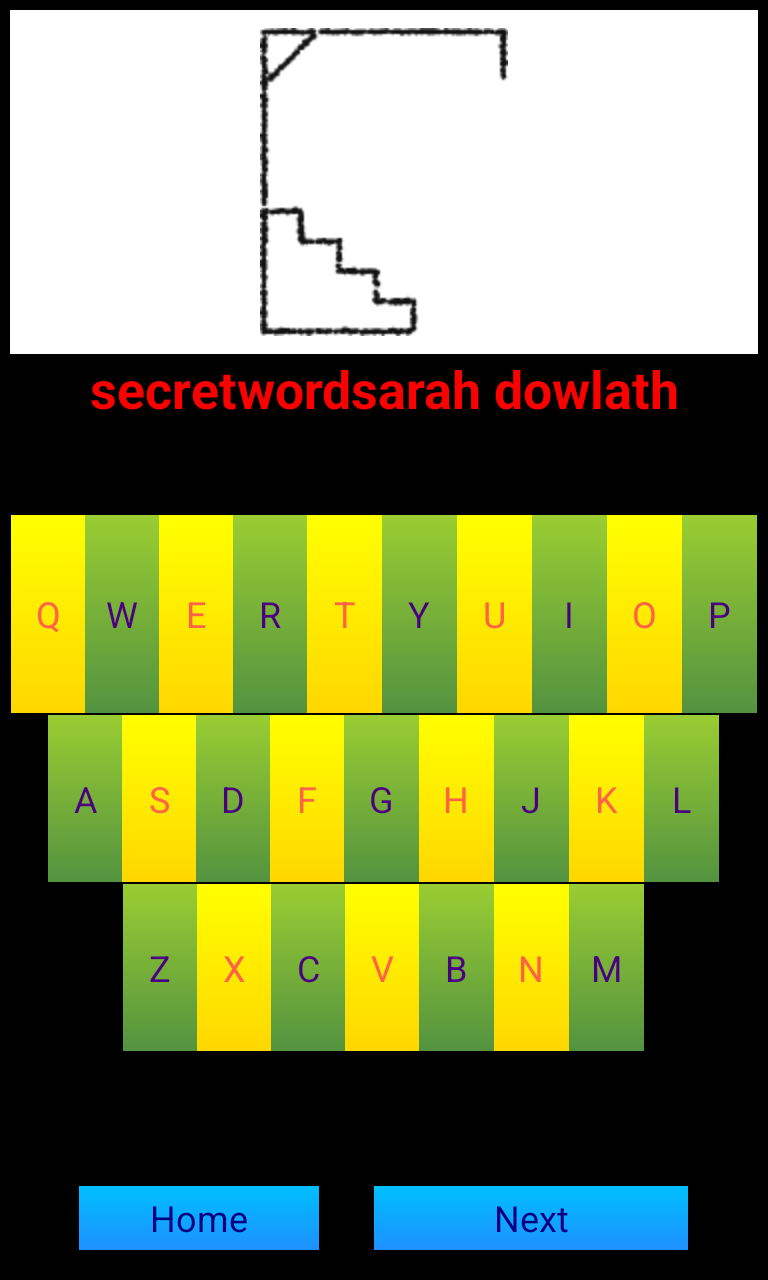
Repository: SarahDowlath/TriniHangman
Layout: workspace3/Trini-Hangman/res/layout/game.xml
The author's editor kept a copy of each file at every save. The layout is drawn from the files as they stood at one save, then again after the next save.
It is drawn on a 768 x 1280 px phone screen (xhdpi) without system bars, with theme AppTheme; the app's code is not run.

Above is the layout before, as saved 2014-07-07 13:46:12.

### workspace3/Trini-Hangman/res/layout/game.xml
<LinearLayout xmlns:android="http://schemas.android.com/apk/res/android"
    xmlns:tools="http://schemas.android.com/tools"
    android:id="@+id/LinearLayoutFinal"
    android:layout_width="fill_parent"
    android:layout_height="wrap_content"
    android:layout_gravity="bottom"
    android:layout_marginBottom="0dp"
    android:background="#FF000000"
    android:gravity="center"
    android:orientation="vertical"
    android:padding="5dp"
    android:paddingBottom="@dimen/activity_vertical_margin"
    android:paddingLeft="@dimen/activity_horizontal_margin"
    android:paddingRight="@dimen/activity_horizontal_margin"
    android:paddingTop="@dimen/activity_vertical_margin" >

    <RelativeLayout
        android:id="@+id/hangmanGallows"
        android:layout_width="match_parent"
        android:layout_height="172dp"
        android:background="#FFFFFF"
        android:gravity="center"
        android:visibility="visible" >

        <ImageView
            android:id="@+id/imageView2"
            android:layout_width="wrap_content"
            android:layout_height="wrap_content"
            android:contentDescription="@string/gallows"
            android:paddingLeft="0dp"
            android:paddingTop="0dp"
            android:src="@drawable/android_hangman_gallows" />

        <!-- <ImageView
            android:id="@+id/body"
            android:layout_width="wrap_content"
            android:layout_height="wrap_content"
            android:contentDescription="@string/body"
            android:paddingLeft="120dp"
            android:paddingTop="53dp"
            android:src="@drawable/android_hangman_body" />

        <ImageView
            android:id="@+id/arm1"
            android:layout_width="wrap_content"
            android:layout_height="wrap_content"
            android:contentDescription="@string/arm"
            android:paddingLeft="100dp"
            android:paddingTop="60dp"
            android:src="@drawable/android_hangman_arm1" />

        <ImageView
            android:id="@+id/arm2"
            android:layout_width="wrap_content"
            android:layout_height="wrap_content"
            android:contentDescription="@string/arm"
            android:paddingLeft="120dp"
            android:paddingTop="60dp"
            android:src="@drawable/android_hangman_arm2" />

        <ImageView
            android:id="@+id/leg1"
            android:layout_width="wrap_content"
            android:layout_height="wrap_content"
            android:contentDescription="@string/leg"
            android:paddingLeft="101dp"
            android:paddingTop="90dp"
            android:src="@drawable/android_hangman_leg1" />

        <ImageView
            android:id="@+id/leg2"
            android:layout_width="wrap_content"
            android:layout_height="wrap_content"
            android:contentDescription="@string/leg"
            android:paddingLeft="121dp"
            android:paddingTop="90dp"
            android:src="@drawable/android_hangman_leg2" />

        <ImageView
            android:id="@+id/head"
            android:layout_width="wrap_content"
            android:layout_height="wrap_content"
            android:layout_alignLeft="@+id/imageView2"
            android:layout_alignTop="@+id/imageView2"
            android:layout_weight="1"
            android:contentDescription="@string/head"
            android:paddingLeft="108dp"
            android:paddingTop="23dp"
            android:src="@drawable/android_hangman_head" />
 -->
    </RelativeLayout>

    <LinearLayout
        android:id="@+id/secretWord"
        android:layout_width="400sp"
        android:layout_height="80sp" >

        <TextView
            android:id="@+id/textFill"
            android:layout_width="fill_parent"
            android:layout_height="wrap_content"
            android:gravity="center"
            android:text="secretwordsarah dowlath"
            android:textColor="#FC0000"
            android:textSize="26sp"
            android:textStyle="bold" />
    </LinearLayout>

         <LinearLayout
             android:id="@+id/letterLayout1"
             android:layout_width="match_parent"
             android:layout_height="wrap_content"
             android:layout_weight="1.45"
             android:gravity="center_horizontal"
             android:orientation="horizontal"
             android:padding="0.5dp"
             android:textSize="22sp"
             android:weightSum="10" >

        <Button
            android:id="@+id/buttonQ"
            android:layout_width="0dp"
            android:layout_height="fill_parent"
            android:layout_weight="1"
            android:background="@drawable/buttonletterstyle"
            android:onClick="clickLetter"
            android:text="@string/button_letter_q"
            android:textColor="@drawable/lettercolor" />


         <Button
            android:id="@+id/buttonW"
            android:layout_weight="1"
            android:layout_height="fill_parent"
            android:layout_width="0dp"
            android:onClick="clickLetter"
            android:text="@string/button_letter_w"
            android:background="@drawable/buttonletterstyle1"
            android:textColor = "@drawable/lettercolor1"
         />


         <Button
            android:id="@+id/buttonE"
            android:layout_weight="1"
            android:layout_height="fill_parent"
            android:layout_width="0dp"
            android:onClick="clickLetter"
            android:text="@string/button_letter_e"
            android:background="@drawable/buttonletterstyle"
            android:textColor = "@drawable/lettercolor"
         />

         <Button
            android:id="@+id/buttonR"
            android:layout_weight="1"
            android:layout_height="fill_parent"
            android:layout_width="0dp"
            android:onClick="clickLetter"
            android:text="@string/button_letter_r"
            android:background="@drawable/buttonletterstyle1"
            android:textColor = "@drawable/lettercolor1"
         />

         <Button
            android:id="@+id/buttonT"
            android:layout_weight="1"
            android:layout_height="fill_parent"
            android:layout_width="0dp"
            android:onClick="clickLetter"
            android:text="@string/button_letter_t"
            android:background="@drawable/buttonletterstyle"
            android:textColor = "@drawable/lettercolor"
         />

         <Button
            android:id="@+id/buttonY"
            android:layout_weight="1"
            android:layout_height="fill_parent"
            android:layout_width="0dp"
            android:onClick="clickLetter"
            android:text="@string/button_letter_y"
            android:background="@drawable/buttonletterstyle1"
            android:textColor = "@drawable/lettercolor1"
         />

         <Button
            android:id="@+id/buttonU"
            android:layout_weight="1"
            android:layout_height="fill_parent"
            android:layout_width="0dp"
            android:onClick="clickLetter"
            android:text="@string/button_letter_u"
            android:background="@drawable/buttonletterstyle"
            android:textColor = "@drawable/lettercolor"
         />


         <Button
            android:id="@+id/buttonI"
            android:layout_weight="1"
            android:layout_height="fill_parent"
            android:layout_width="0dp"
            android:onClick="clickLetter"
            android:text="@string/button_letter_i"
            android:background="@drawable/buttonletterstyle1"
            android:textColor = "@drawable/lettercolor1"
         />


         <Button
            android:id="@+id/buttonO"
            android:layout_weight="1"
            android:layout_height="fill_parent"
            android:layout_width="0dp"
            android:onClick="clickLetter"
            android:text="@string/button_letter_o"
            android:background="@drawable/buttonletterstyle"
            android:textColor = "@drawable/lettercolor"
         />

         <Button
            android:id="@+id/buttonP"
            android:layout_weight="1"
            android:layout_height="fill_parent"
            android:layout_width="0dp"
            android:onClick="clickLetter"
            android:text="@string/button_letter_p"
            android:background="@drawable/buttonletterstyle1"
            android:textColor = "@drawable/lettercolor1"
         />
    </LinearLayout>

    <LinearLayout
        android:id="@+id/letterLayout2"
        android:layout_width="fill_parent"
        android:layout_height="wrap_content"
        android:layout_weight="1"
        android:gravity="center_horizontal"
        android:orientation="horizontal"
        android:padding="0.5dp"
        android:textSize="22sp"
        android:weightSum="10" >

        <Button
            android:id="@+id/buttonA"
            android:layout_weight="1"
            android:layout_height="fill_parent"
            android:layout_width="0dp"
            android:onClick="clickLetter"
            android:text="@string/button_letter_a"
            android:background="@drawable/buttonletterstyle1"
            android:textColor = "@drawable/lettercolor1"
         />

         <Button
             android:id="@+id/buttonS"
             android:layout_width="0dp"
             android:layout_height="fill_parent"
             android:layout_weight="1"
             android:background="@drawable/buttonletterstyle"
             android:onClick="clickLetter"
             android:text="@string/button_letter_s"
             android:textColor="@drawable/lettercolor" />

         <Button
            android:id="@+id/buttonD"
            android:layout_weight="1"
            android:layout_height="fill_parent"
            android:layout_width="0dp"
            android:onClick="clickLetter"
            android:text="@string/button_letter_d"
            android:background="@drawable/buttonletterstyle1"
            android:textColor = "@drawable/lettercolor1"
         />

         <Button
            android:id="@+id/buttonF"
            android:layout_weight="1"
            android:layout_height="fill_parent"
            android:layout_width="0dp"
            android:onClick="clickLetter"
            android:text="@string/button_letter_f"
            android:background="@drawable/buttonletterstyle"
            android:textColor = "@drawable/lettercolor"
         />

         <Button
            android:id="@+id/buttonG"
            android:layout_weight="1"
            android:layout_height="fill_parent"
            android:layout_width="0dp"
            android:onClick="clickLetter"
            android:text="@string/button_letter_g"
            android:background="@drawable/buttonletterstyle1"
            android:textColor = "@drawable/lettercolor1"
         />

         <Button
            android:id="@+id/buttonH"
            android:layout_weight="1"
            android:layout_height="fill_parent"
            android:layout_width="0dp"
            android:onClick="clickLetter"
            android:text="@string/button_letter_h"
            android:background="@drawable/buttonletterstyle"
            android:textColor = "@drawable/lettercolor"
         />

         <Button
            android:id="@+id/buttonJ"
            android:layout_weight="1"
            android:layout_height="fill_parent"
            android:layout_width="0dp"
            android:onClick="clickLetter"
            android:text="@string/button_letter_j"
            android:background="@drawable/buttonletterstyle1"
            android:textColor = "@drawable/lettercolor1"
         />

         <Button
            android:id="@+id/buttonK"
            android:layout_weight="1"
            android:layout_height="fill_parent"
            android:layout_width="0dp"
            android:onClick="clickLetter"
            android:text="@string/button_letter_k"
            android:background="@drawable/buttonletterstyle"
            android:textColor = "@drawable/lettercolor"
         />

         <Button
            android:id="@+id/buttonL"
            android:layout_weight="1"
            android:layout_height="fill_parent"
            android:layout_width="0dp"
            android:onClick="clickLetter"
            android:text="@string/button_letter_l"
            android:background="@drawable/buttonletterstyle1"
            android:textColor = "@drawable/lettercolor1"
         />
    </LinearLayout>

    <LinearLayout
        android:id="@+id/letterLayout3"
        android:layout_width="fill_parent"
        android:layout_height="wrap_content"
        android:layout_weight="1"
        android:gravity="center_horizontal"
        android:orientation="horizontal"
        android:padding="0.5dp"
        android:textSize="22sp"
        android:weightSum="10" >

        <Button
            android:id="@+id/buttonZ"
            android:layout_weight="1"
            android:layout_height="fill_parent"
            android:layout_width="0dp"
            android:onClick="clickLetter"
            android:text="@string/button_letter_z"
            android:background="@drawable/buttonletterstyle1"
            android:textColor = "@drawable/lettercolor1"
         />
         <Button
            android:id="@+id/buttonX"
            android:layout_weight="1"
            android:layout_height="fill_parent"
            android:layout_width="0dp"
            android:onClick="clickLetter"
            android:text="@string/button_letter_x"
            android:background="@drawable/buttonletterstyle"
            android:textColor = "@drawable/lettercolor"
         />

         <Button
            android:id="@+id/buttonC"
            android:layout_weight="1"
            android:layout_height="fill_parent"
            android:layout_width="0dp"
            android:onClick="clickLetter"
            android:text="@string/button_letter_c"
            android:background="@drawable/buttonletterstyle1"
            android:textColor = "@drawable/lettercolor1"
         />

         <Button
            android:id="@+id/buttonV"
            android:layout_weight="1"
            android:layout_height="fill_parent"
            android:layout_width="0dp"
            android:onClick="clickLetter"
            android:text="@string/button_letter_v"
            android:background="@drawable/buttonletterstyle"
            android:textColor = "@drawable/lettercolor"
         />

         <Button
            android:id="@+id/buttonB"
            android:layout_weight="1"
            android:layout_height="fill_parent"
            android:layout_width="0dp"
            android:onClick="clickLetter"
            android:text="@string/button_letter_b"
            android:background="@drawable/buttonletterstyle1"
            android:textColor = "@drawable/lettercolor1"
         />

         <Button
            android:id="@+id/buttonN"
            android:layout_weight="1"
            android:layout_height="fill_parent"
            android:layout_width="0dp"
            android:onClick="clickLetter"
            android:text="@string/button_letter_n"
            android:background="@drawable/buttonletterstyle"
            android:textColor = "@drawable/lettercolor"
         />

         <Button
            android:id="@+id/buttonM"
            android:layout_weight="1"
            android:layout_height="fill_parent"
            android:layout_width="0dp"
            android:onClick="clickLetter"
            android:text="@string/button_letter_m"
            android:background="@drawable/buttonletterstyle1"
            android:textColor = "@drawable/lettercolor1"
         />

    </LinearLayout>

    <LinearLayout
        android:id="@+id/FinalLayout"
        android:layout_width="match_parent"
        android:layout_height="80dp"
        android:layout_marginBottom="2dp"
        android:layout_weight="0.75"
        android:gravity="center_horizontal"
        android:orientation="horizontal"
        android:padding="2dp"
        android:textSize="14sp"
        android:weightSum="7" >

        <Button
            android:id="@+id/buttonHome"
            android:layout_width="120dp"
            android:layout_height="32dp"
            android:layout_gravity="bottom"
            android:layout_marginBottom="3dp"
            android:background="@drawable/buttonnextonestyle"
            android:onClick="goHome"
            android:text="@string/button_go_home"
            android:textColor="@drawable/nextonecolor" />

        <TextView
            android:layout_width="0dp"
            android:layout_height="0dp"
            android:layout_weight="1.5" />

        <Button
            android:id="@+id/buttonNext"
            android:layout_width="120dp"
            android:layout_height="32dp"
            android:layout_gravity="bottom"
            android:layout_marginBottom="3dp"
            android:layout_weight="2"
            android:background="@drawable/buttonnextonestyle"
            android:onClick="nextOne"
            android:text="@string/button_next"
            android:textColor="@drawable/nextonecolor" />

    </LinearLayout>

</LinearLayout>

### workspace3/Trini-Hangman/res/values/strings.xml
<?xml version="1.0" encoding="utf-8"?>
<resources>

    <string name="app_name">Trini-Hangman</string>
    <string name="hello_world">Hello world!</string>
    <string name="action_settings">Settings</string>
    <string name="gallows">The Gallows</string>
	<string name="head">The Head</string>
	<string name="body">The Body</string>
	<string name="arm">An Arm</string>
	<string name="leg">A Leg</string>
	<string name="button_food_category">Food</string>
    <string name="button_music_category">Music</string>
    <string name="button_sports_category">Sports</string>

    <string name="about_text">

	Local Trinidad and Tobago version of Hangman which is a fun way to learn the culture of Trinidad and Tobago.

	TriniHangman allows you to select from a list of category all related to culture.

	You are presented with all the letters from the alphabet and can guess a letter for the secret word.

	If you guess a letter that is part of the word, the word is redisplayed with all instances of that letter shown in the correct positions, along with any letters correctly guessed on previous turns.

	For every letter guessed wrong, a bit more of the hangman is exposed.

	You have 8 tries to correctly guess the word.

        </string>

    <string name="about_title"> About Trini-Hangman </string>




    <string name="button_letter_a">A</string>
    <string name="button_letter_b">B</string>
    <string name="button_letter_c">C</string>
    <string name="button_letter_d">D</string>
    <string name="button_letter_e">E</string>
    <string name="button_letter_f">F</string>
    <string name="button_letter_g">G</string>
    <string name="button_letter_h">H</string>
    <string name="button_letter_i">I</string>
    <string name="button_letter_j">J</string>
    <string name="button_letter_k">K</string>
    <string name="button_letter_l">L</string>
    <string name="button_letter_m">M</string>
    <string name="button_letter_n">N</string>
    <string name="button_letter_o">O</string>
    <string name="button_letter_p">P</string>
    <string name="button_letter_q">Q</string>
    <string name="button_letter_r">R</string>
    <string name="button_letter_s">S</string>
    <string name="button_letter_t">T</string>
    <string name="button_letter_u">U</string>
    <string name="button_letter_v">V</string>
    <string name="button_letter_w">W</string>
    <string name="button_letter_x">X</string>
    <string name="button_letter_y">Y</string>
    <string name="button_letter_z">Z</string>
    <string name="button_go_home">Home</string>
    <string name="button_next">Next</string>

</resources>

### workspace3/Trini-Hangman/res/drawable/buttonletterstyle.xml
<?xml version="1.0" encoding="utf-8"?>
<selector xmlns:android="http://schemas.android.com/apk/res/android">
    <item android:state_pressed="true" >
        <shape>
            <solid
                android:color="#FFD700"/>
        </shape>
    </item> <!-- pressed -->
    <item android:state_enabled="false" >
        <shape>
            <solid
                android:color= "#708090"/>
        </shape>
    </item> <!-- disabled -->
    <item>
        <shape>
            <gradient
                android:startColor="#FFFF00"
                android:endColor="#FFD700"
                android:angle="270" />
        </shape>
    </item> <!-- default -->
</selector>

### workspace3/Trini-Hangman/res/drawable/lettercolor.xml
<?xml version="1.0" encoding="utf-8"?>
<selector xmlns:android="http://schemas.android.com/apk/res/android">
    <item android:state_pressed="true" android:color = "#FFFC0000" /> <!-- pressed -->
    <item android:state_enabled="false" android:color="#FFC0C0C0" />
    <item android:color="#FFFF6347"/>
</selector>

### workspace3/Trini-Hangman/res/drawable/buttonletterstyle1.xml
<?xml version="1.0" encoding="utf-8"?>
<selector xmlns:android="http://schemas.android.com/apk/res/android">
    <item android:state_pressed="true" >
        <shape>
            <solid
                android:color="#53933f"/>
        </shape>
    </item> <!-- pressed -->
    <item android:state_enabled="false" >
        <shape>
            <solid
                android:color= "#708090"/>
        </shape>
    </item> <!-- disabled -->
    <item>
        <shape>
            <gradient
                android:startColor="#9ACD32"
                android:endColor="#53933f"
                android:angle="270" />
        </shape>
    </item> <!-- default -->
</selector>

### workspace3/Trini-Hangman/res/drawable/lettercolor1.xml
<?xml version="1.0" encoding="utf-8"?>
<selector xmlns:android="http://schemas.android.com/apk/res/android">
    <item android:state_pressed="true" android:color = "#FFFC0000" /> <!-- pressed -->
    <item android:state_enabled="false" android:color="#FFC0C0C0" />
    <item android:color="#FF4B0082"/>
</selector>

### workspace3/Trini-Hangman/res/drawable/buttonnextonestyle.xml
<?xml version="1.0" encoding="utf-8"?>
<selector xmlns:android="http://schemas.android.com/apk/res/android">
    <item android:state_pressed="true" >
        <shape>
            <solid
                android:color="#1E90FF"/>
        </shape>
    </item> <!-- pressed -->
    <item android:state_enabled="false" >
        <shape>
            <solid
                android:color= "#708090"/>
        </shape>
    </item> <!-- disabled -->
    <item>
        <shape>
            <gradient
                android:startColor= "#00BFFF"
                android:endColor="#1E90FF"
                android:angle="270" />
        </shape>
    </item> <!-- default -->
</selector>

### workspace3/Trini-Hangman/res/drawable/nextonecolor.xml
<?xml version="1.0" encoding="utf-8"?>
<selector xmlns:android="http://schemas.android.com/apk/res/android">
    <item android:state_pressed="true" android:color = "#FFF0F8FF" /> <!-- pressed -->
    <item android:state_enabled="false" android:color="#FFC0C0C0" />
    <item android:color="#FF000080"	/>
</selector>

Loaded but not shown: workspace3/Trini-Hangman/res/values/styles.xml (common file); workspace3/Trini-Hangman/res/values-v11/styles.xml (common file); workspace3/Trini-Hangman/res/values-v14/styles.xml (common file); workspace3/Trini-Hangman/res/values/dimens.xml (common file); workspace3/Trini-Hangman/res/values-w820dp/dimens.xml (common file)

After the next save:
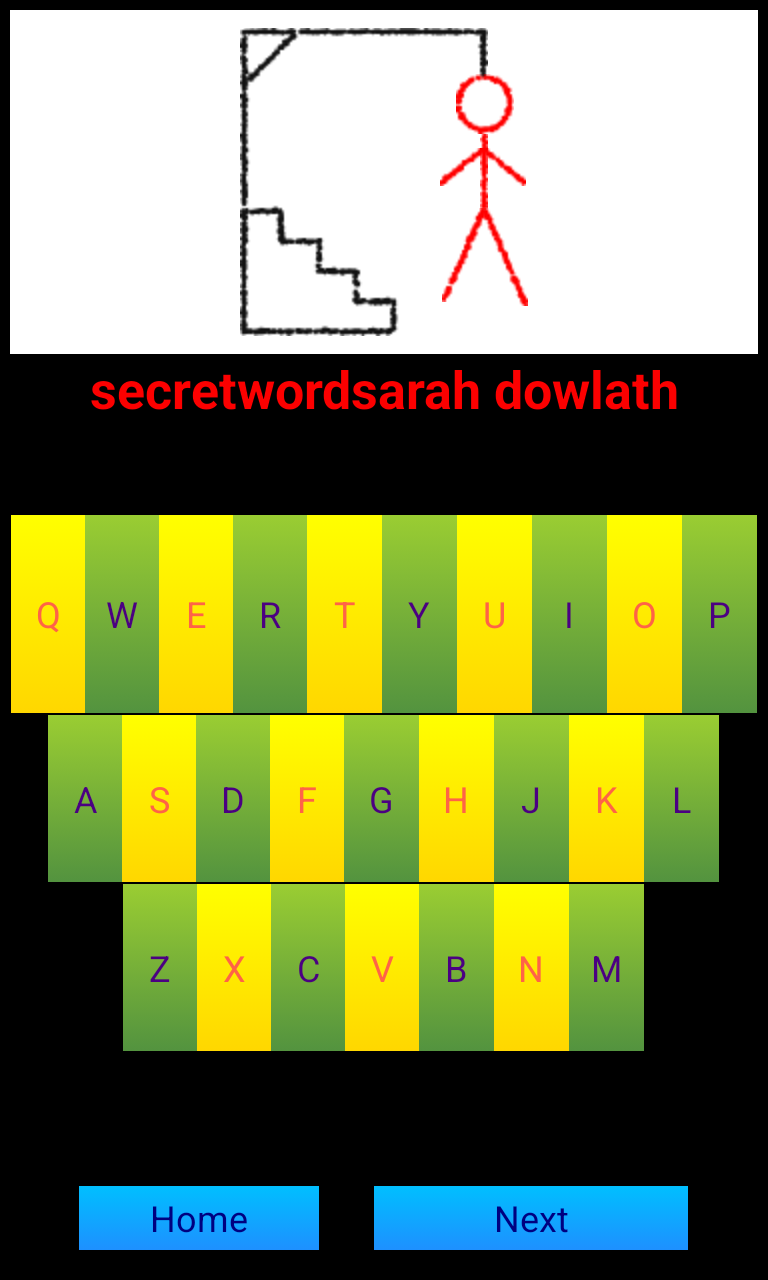
Saved 15 s later.
--- a/workspace3/Trini-Hangman/res/layout/game.xml
+++ b/workspace3/Trini-Hangman/res/layout/game.xml
@@ -31,7 +31,7 @@
             android:paddingTop="0dp"
             android:src="@drawable/android_hangman_gallows" />
 
-        <!-- <ImageView
+        <ImageView
             android:id="@+id/body"
             android:layout_width="wrap_content"
             android:layout_height="wrap_content"
@@ -87,7 +87,7 @@
             android:paddingLeft="108dp"
             android:paddingTop="23dp"
             android:src="@drawable/android_hangman_head" />
- -->
+
     </RelativeLayout>
 
     <LinearLayout
